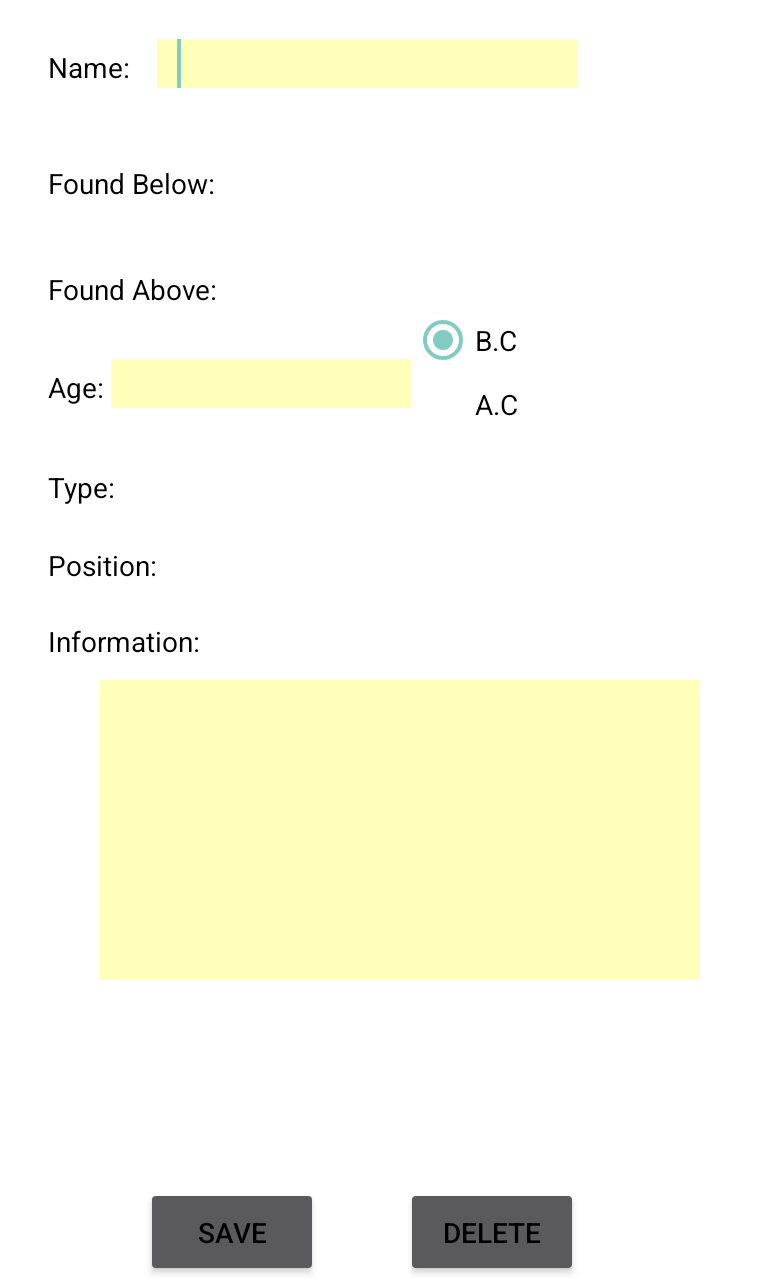
Repository: qfornaguera/AppQuelogy
Layout: AppQueology/res/layout/activity_artifact.xml
These files come from the project's save history. The layout is drawn as it stood at one moment and after the next save; the edit follows.
It is drawn on a 768 x 1280 px phone screen (xhdpi) without system bars, with theme Theme.AppCompat; the app's code is not run.

Above is the layout before, as saved 2014-05-28 16:46:01.

After the next save:
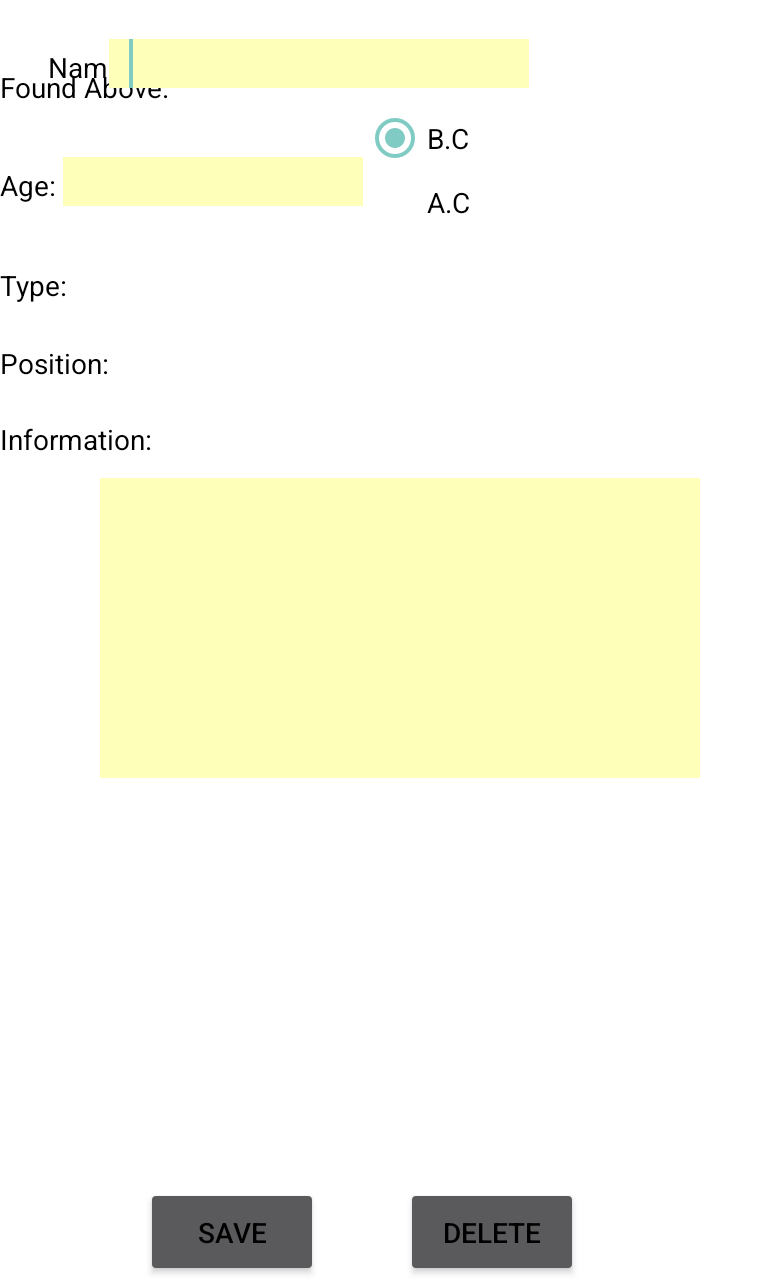
Saved 2 min 50 s later.
--- a/AppQueology/res/layout/activity_artifact.xml
+++ b/AppQueology/res/layout/activity_artifact.xml
@@ -28,18 +28,18 @@
 		        android:textColor="#000000" />
 
 
-
-		    <TextView
-		        android:id="@+id/textView2"
-		        android:layout_width="wrap_content"
-		        android:layout_height="wrap_content"
-		        android:layout_alignLeft="@+id/textView1"
-		        android:layout_below="@+id/editText1"
-		        android:layout_marginTop="38dp"
-		        android:text="Found Below: "
-		        android:textAppearance="?android:attr/textAppearanceSmall"
-		        android:textColor="#000000" />
-
+			<HorizontalScrollView >
+			    <TextView
+			        android:id="@+id/textView2"
+			        android:layout_width="wrap_content"
+			        android:layout_height="wrap_content"
+			        android:layout_alignLeft="@+id/textView1"
+			        android:layout_below="@+id/editText1"
+			        android:layout_marginTop="38dp"
+			        android:text="Found Below: "
+			        android:textAppearance="?android:attr/textAppearanceSmall"
+			        android:textColor="#000000" />
+		    </HorizontalScrollView>
 		    <TextView
 		        android:id="@+id/textView3"
 		        android:layout_width="wrap_content"

After the save that followed:
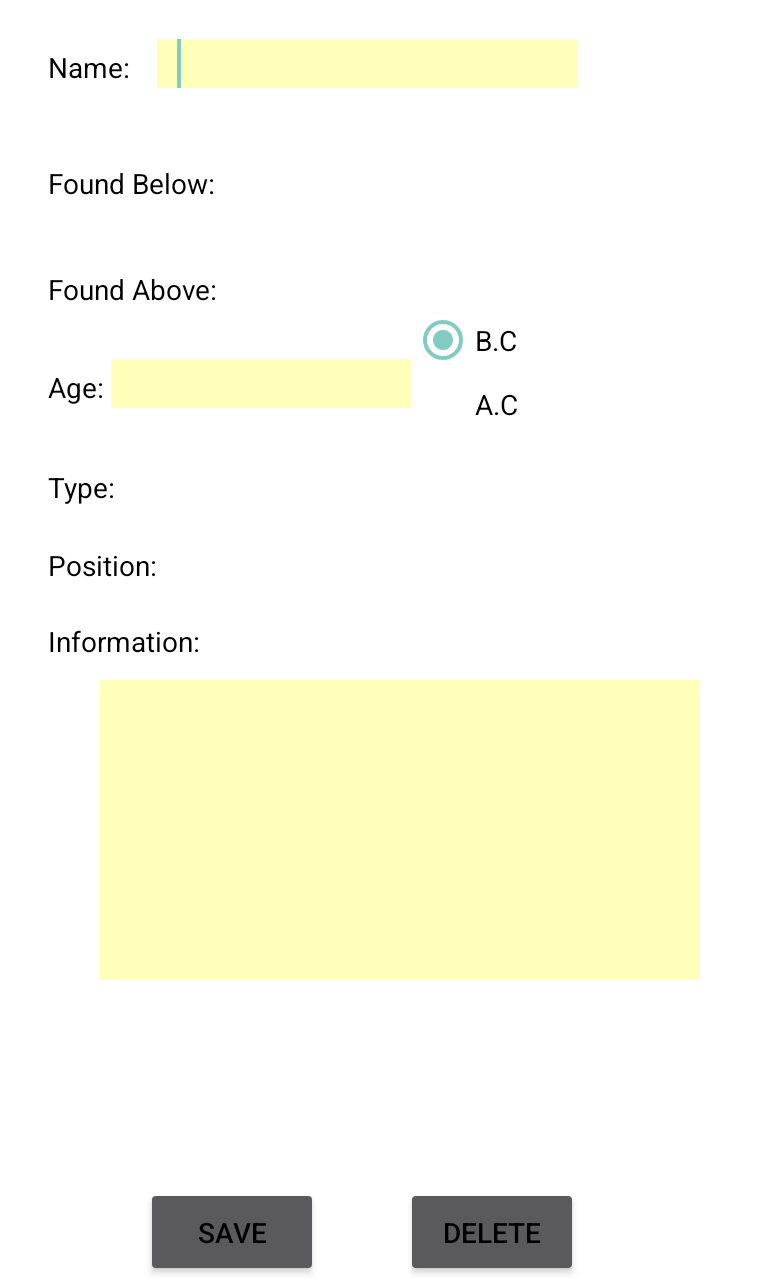
Saved 14 s later.
--- a/AppQueology/res/layout/activity_artifact.xml
+++ b/AppQueology/res/layout/activity_artifact.xml
@@ -28,18 +28,18 @@
 		        android:textColor="#000000" />
 
 
-			<HorizontalScrollView >
-			    <TextView
-			        android:id="@+id/textView2"
-			        android:layout_width="wrap_content"
-			        android:layout_height="wrap_content"
-			        android:layout_alignLeft="@+id/textView1"
-			        android:layout_below="@+id/editText1"
-			        android:layout_marginTop="38dp"
-			        android:text="Found Below: "
-			        android:textAppearance="?android:attr/textAppearanceSmall"
-			        android:textColor="#000000" />
-		    </HorizontalScrollView>
+			<HorizontalScrollView ></HorizontalScrollView>
+		    <TextView
+		        android:id="@+id/textView2"
+		        android:layout_width="wrap_content"
+		        android:layout_height="wrap_content"
+		        android:layout_alignLeft="@+id/textView1"
+		        android:layout_below="@+id/editText1"
+		        android:layout_marginTop="38dp"
+		        android:text="Found Below: "
+		        android:textAppearance="?android:attr/textAppearanceSmall"
+		        android:textColor="#000000" />
+
 		    <TextView
 		        android:id="@+id/textView3"
 		        android:layout_width="wrap_content"
